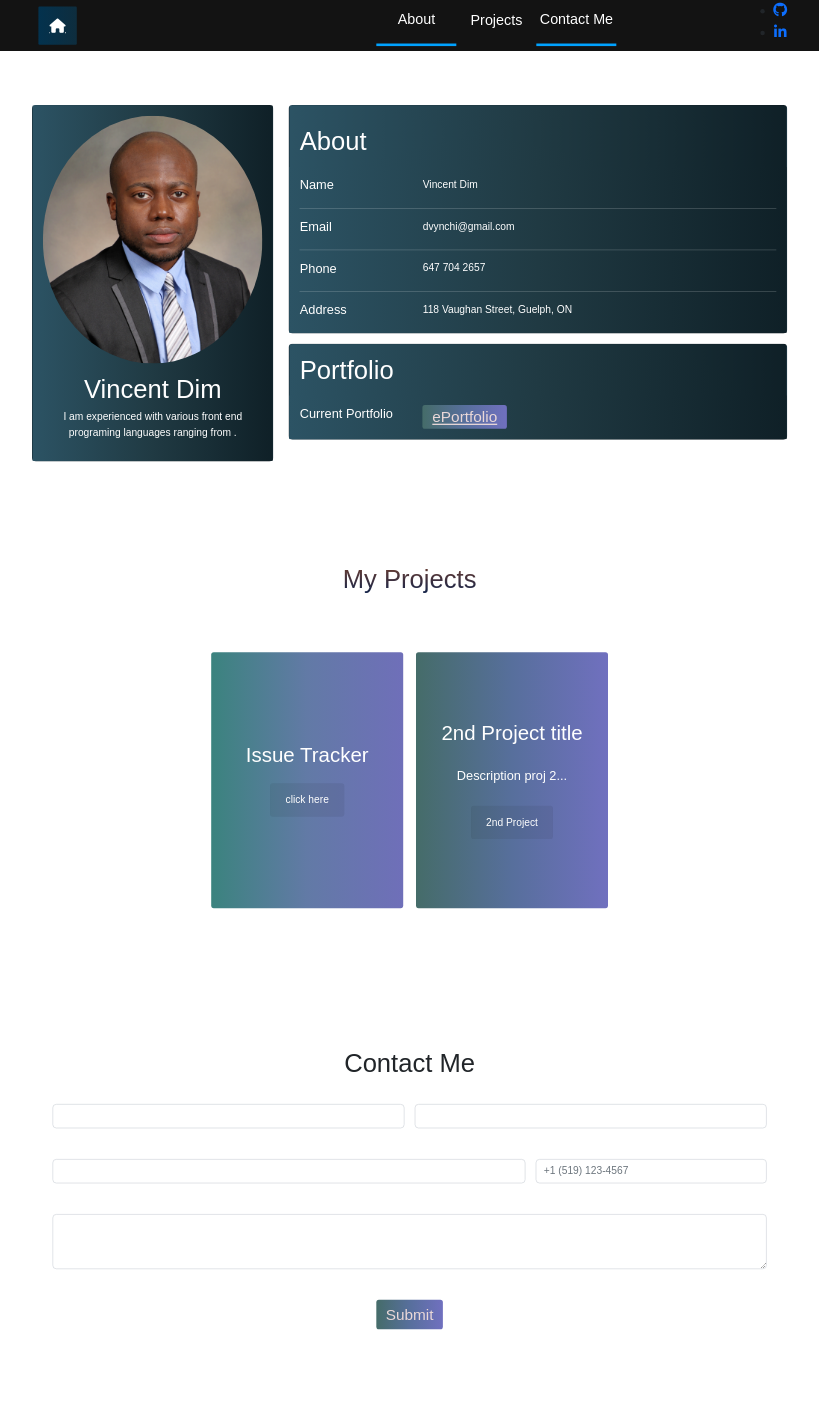
Repository: dvynchi/profile-2022
Page: index.html
An editor plug-in stored every save of this project. The page is shown before and after the next save, followed by the edit.
The browser window is 1280 px wide. The pictures show the whole page, at 64% of full size.
Some web libraries are served in a nearby version.

Above is the page before, as saved 2022-08-22 21:56:41.

### index.html
<!DOCTYPE html>
<html lang="en">
<head>
    <meta charset="UTF-8">
    <meta http-equiv="X-UA-Compatible" content="IE=edge">
    <meta name="viewport" content="width=device-width, initial-scale=1.0">
    <title>Vincent Dim</title>
    <!-- embed remote icon library -->
    <script src="https://kit.fontawesome.com/f634dfbd28.js" crossorigin="anonymous"></script>
    <link rel="stylesheet" href="styles.css">
    <!-- embed remote style sheet - bootstrap -->
    <link rel="stylesheet" href="https://cdn.jsdelivr.net/npm/bootstrap@5.2.0/dist/css/bootstrap.min.css" rel="stylesheet" integrity="sha384-gH2yIJqKdNHPEq0n4Mqa/HGKIhSkIHeL5AyhkYV8i59U5AR6csBvApHHNl/vI1Bx" crossorigin="anonymous">
</head>

<body>

    <!-- Navbar Section -->

    <nav class="nav">
        <div class="navbar_container">
            <a href="#about" id="navbar_logo"><i class="fa fa-home fa" aria-hidden="true"></i></a>  <!--<a> is used to create hyperlink named color-->

                <!--create hamburger menu (3 bars)-->
            <div class="navbar_toggle" id="mobile-menu">
                <span class="bar"></span>
                <span class="bar"></span>
                <span class="bar"></span>
            </div>

            <!--CREATE NAV MENU-->
            <ul class="navbar_menu">
                <li class="navbar_item">
                    <a href="#about" class="navbar_links" id="about-page">About</a>
                </li>
                <li class="navbar_item">
                    <a href="#projects" class="navbar_links" id="projects-page">Projects</a>
                </li>
                <li class="navbar_item">
                    <a href="#contact" class="navbar_links" id="contact-page">Contact Me</a>
                </li>
            </ul>

            <!-- GitHub and Linkedin -->
            <ul class="icons">
                <li><a href="https://github.com/dvynchi/" class="github-icon"><span class="fa-brands fa-github"></span></a></li>
                <li><a href="#" class="linkedin-icon"><span class="fa-brands fa-linkedin-in"></span></a></li>
            </ul>
        </div>
    </nav>

    <!-- ABOUT and SIDEBAR -->
    <div class="main" id="about">
        <div class="main_container">
             <!-- SIDE BAR SECTION -->
             <div class="row">
                <div class="col-md-4 mt-1">
                    <div class="card text-center sidebar">
                        <div class="card-body">
                            <img src="./images/profile-pic-crop.png" class="rounded-circle" width="315" alt="profile picture">
                            <div class="mt-3">
                                <h3>Vincent Dim</h3>
                                <!-- <h2>Web Developer</h2> -->
                                <p>I am experienced with various front end programing languages ranging from .</p>
                            </div>
                        </div>
                    </div>
                </div>
                <!-- ABOUT SECTION -->
                <div class="col-md-8 mt-1">
                    <div class="card mb-3 content">
                        <h1 class="m-3 pt-3">About</h1>
                        <div class="card-body">
                            <div class="row">
                                <div class="col-md-3"><h5>Name</h5></div>
                                <div class="col-md-9"> Vincent Dim </div>
                            </div>
                            <hr> <!-- line break -->

                            <div class="row">
                                <div class="col-md-3"><h5>Email</h5></div>
                                <div class="col-md-9"> dvynchi@gmail.com</div>
                            </div>
                            <hr> <!-- line break -->

                            <div class="row">
                                <div class="col-md-3"><h5>Phone</h5></div>
                                <div class="col-md-9">647 704 2657</div>
                            </div>
                            <hr> <!-- line break -->

                            <div class="row">
                                <div class="col-md-3"><h5>Address</h5></div>
                                <div class="col-md-9">118 Vaughan Street, Guelph, ON</div>
                            </div>
                        </div>
                    </div>

                    <div class="card mb-3 content">
                        <h1 class="m-3">Portfolio</h1>
                        <div class="card-body">
                            <div class="row">
                                <div class="col-md-3">
                                    <h5>Current Portfolio</h5>
                                </div>
                                <div class="col-md-9">
                                    <a class="submit" href="https://drive.google.com/file/d/1lG7DyS50_LphFxIRxCRd57uQMBSZkR4-/view?usp=sharing" role="button">ePortfolio</a>
                                </div>
                            </div>
                        </div>
                    </div>
                </div>
            </div>
        </div>
    </div>


    <!-- PROJECTS SECTION (use image tag in place of p to insert an image)-->

    <div class="projects" id="projects">
        <h1>My Projects</h1>
        <div class="projects_wrapper">

            <div class="projects_card">
                <h2>Issue Tracker</h2>
                <!-- <p>Description proj 1...</p> -->
                <div class="projects_btn"><button onclick="location.href='https://dvynchi.github.io/issue-tracker/'" type="button">click here</button></div>
            </div>
            <!-- ------------------------- -->
            <div class="projects_card">
                <h2>2nd Project title</h2>
                <p>Description proj 2...</p>
                <div class="projects_btn"><button>2nd Project</button></div>
            </div>
            <!-- ------------------------- -->
            <!-- <div class="projects_card">
                <h2>3rd Project title</h2>
                <p>Description proj 3...</p>
                <div class="projects_btn"><button>3rd Project</button></div>
            </div> -->
            <!-- ------------------------- -->
            <!-- <div class="projects_card">
                <h2>4th Project title</h2>
                <p>Description proj 4...</p>
                <div class="projects_btn"><button>4th Project</button></div>
            </div> -->
        </div>
    </div>

    <!-- CONTACT SECTION (use image tag in place of p to insert an image)-->

    <div class="main" id="contact">
        <div class="main_container">
            <div class="main_content">
                <div class="container mt-5">
                    <h1>Contact Me</h1>
                    <!-- ----------- start grid (divide one row into cols) ----------->
                    <!-- ----------- Max container width is 12 ----------->
                    <!-- ----------- cols 1 + 2 = 100% , cols 3 + 4 = 100% ------->
                    <!-- ----------- 'required' ensures field must be filled --------->
                    <form class="row g-3" action="https://formsubmit.co/dvynchi@gmail.com" method="POST">

                        <!-- Honeypot -->
                        <input type="text" name="_honey" style="display: none">
                        <!-- Success Page -->
                        <input type="hidden" name="_next" value="https://dvynchi.github.io/profile-2022/success.html">

                        <!-----------col1--medium column of 50% (ie: 6/12)--------->
                        <div class="col-md-6">
                            <label for="firstName" class="form-label">First Name</label>
                            <input type="text" class="form-control"  name="name" id="firstName" required>
                        </div>

                        <div class="col-md-6">
                            <label for="lastName" class="form-label">Last Name</label>
                            <input type="text" class="form-control" name="Last Name" id="lastName" required>
                        </div>

                        <div class="col-md-8">
                            <label for="emailInfo" class="form-label">Email</label>
                            <input type="email" class="form-control" name="email" id="emailInfo" required>
                        </div>

                        <div class="col-md-4">
                            <label for="phoneNumber" class="form-label">Phone</label>
                            <input type="text" class="form-control" name="phone" id="phoneNumber" placeholder="+1 (519) 123-4567">
                        </div>
                        <!-- -------- comments box - full width of the container ------>
                        <div class="col-md-12">
                            <label for="message" class="form-label">Message</label>
                            <textarea class="form-control" id="message" name="message" rows="3" required></textarea>
                        </div>
                        <!-- -------- Button ------>
                        <div class="col-md-12">
                            <!-- <button class="submit" id="btn btn-primary">Submit</button> -->
                            <!-- Used <a> so hover effect doesn't cover text. -->
                            <button class="submit" id="btn btn-primary"><a> Submit</a></button>
                        </div>

                    </form>
                </div>
            </div>
        </div>
    </div>


    <!-- link app.js -->
    <!-- script tag is used to embed javascript-->
    <script src="app.js"></script>
</body>
</html>

### styles.css
* {
    box-sizing: border-box;
    margin: 0;
    padding: 0;
    font-family: 'Kumbh Sans', sans-serif;
    scroll-behavior: smooth;
}


/******************************************* NAV SECTION ***********************************************/
.nav {
    background: #131313;   /* Hex code */
    height: 80px;
    display: flex;
    justify-content: center;
    align-items: center;
    font-size: 1.4rem;        /* 1.4 * 16px */
    position: sticky;
    top: 0;
    z-index: 999;             /* so navbar is always on top when scrolling */
}

.navbar_container {
    display: flex;
    justify-content: space-between;
    text-align: center;
    height: 80px;
    z-index: 1;
    width: 100%;
    max-width: 1300px;
    margin: 0 auto ;           /* (top and bottom) (left and right) */
    padding: 0 50px;
}


/* id(#) is used to style only one element on the webpage */
/* class(.) is used to style multiple elements */


/* I added an icon as opposed to text */

#navbar_logo {
    margin: 10px;
    height: 60px;
    width: 60px;
    border-radius: 2px;
    display: flex;
    flex-direction: column;
    justify-content: center;
    color: #fff;
    background-image: linear-gradient(to right, #03324e 0%, #0e2d3e 100%);
}

.navbar_menu {
    display: flex;
    align-items: center;
    list-style: none;
}

.navbar_item {
    height: 80px;
}

.navbar_links {
    color: #fff;
    display: flex;
    align-items: center;
    justify-content: center;
    width: 125px;
    text-decoration: none;
    height: 100%;
    transition: all 0.3s ease;
}

/*Home icon properties*/
.navbar_btn {
    display: flex;
    justify-content: center;
    align-items: center;
    padding: 0 1rem;                         /* top bottom, left right */
    width: 100%;
}

/* nav links glow upon hover */
.navbar_links:hover {
    color:#1176b9;
    transition: all 0.3s ease;
}

/* RESPONSIVENESS */
/* site adjusts width of display */
/* If [device width] is less than or equal to max-width do {..} */

@media screen and (max-width: 960px) {
    .navbar_container {
        display: flex;
        justify-content: space-between;
        height: 80px;
        z-index: 1;
        width: 100%;
        max-width: 1300px;
        padding: 0;
    }

    /* DROPDOWN PROPERTIES */
    .navbar_menu {
        display: grid;
        grid-template-columns: auto;
        margin: 0;
        width: 100%;
        position: absolute;
        top: -1000px;               /* Prevents navbar from clustering together if page is below max-width. Must be used with position absolute */
        opacity: 1;
        transition: all 0.5s ease;
        z-index: -1;
    }

    .navbar_menu.active {
        background: #131313;
        top: 100%;
        opacity: 1;
        transition: all 0.5s ease;
        z-index: 99;
        height: 40vh;
        font-size: 1.6rem;
    }

    #navbar_logo {
        padding-left: 1px;       /* home button - originally 25px */
    }

    /* HAMBURGER SECTION */

    .navbar_toggle .bar {
        width: 25px;
        height: 3px;
        margin: 5px auto;
        transition: all 0.3s ease-in-out;
        background: #fff;
    }

    .navbar_item {
        width: 100%;
    }

    .navbar_links {
        text-align: center;
        padding: 2rem;
        width: 100%;
        display: table;
    }

    .navbar_btn  {
        padding-bottom: 2rem;
    }

    /* HAMBURGER */

    #mobile-menu  {
        position: absolute;
        top: 20%;
        right: 5%;
        transform: translate(5%, 20%);
    }

    .navbar_toggle .bar {
        display: block;
        cursor: pointer;
    }

    /* hamburger menu animation (see app.js) */
    /* hamburger menu id was defined as 'mobile-menu' in index.html */
    /* rotate bars 1,3; but hide bar 2 */

    #mobile-menu.is-active .bar:nth-child(2)  {
        opacity: 0;
    }
    #mobile-menu.is-active .bar:nth-child(1) {
        transform: translateY(8px) rotate(45deg);
    }
    #mobile-menu.is-active .bar:nth-child(3) {
        transform: translateY(-8px) rotate(-45deg);
    }

}


/* SCROLL ATTRIBUTE - line under nav links*/
.highlight {
    border-bottom: 4px solid rgb(0, 162, 255);
}


/******************************************* SIDEBAR ***********************************************/

.card-body {
    background: #0F2027;
    background: -webkit-linear-gradient(to right, #2C5364, #203A43, #0F2027);
    background: linear-gradient(to right, #2C5364, #203A43, #0F2027);
    height: 100%;
}

.card-body h2, .card-body h3, .card-body p {
    color: #fff;
}

/******************************************* ABOUT SECTION ***********************************************/

.main {
    background-color:  white;
    padding: 5rem 0;                        /* was 10rem, but too much space */
}

.main_container {
    display: grid;
    grid-template-columns: 1fr;      /*original was 1fr 1fr - split into two halves but not enough space */
    align-items: center;
    justify-content: center;
    margin: 0 auto;
    height: 90%;
    z-index: 1;
    width: 100%;
    max-width: 1300px;
    padding: 0 50px;
}

.main_container h3 {
    font-size: 2.5rem;
}

.row {
    color: #fff;
}

.card {
    background: -webkit-linear-gradient(to right, #2C5364, #203A43, #0F2027);
    background: linear-gradient(to right, #2C5364, #203A43, #0F2027);
}


/* Mobile Responsiveness for Sidebar, About and Contact Sections */

@media screen and (max-width: 1300px) {
    main_container
    {
        display: grid;
        grid-template-columns: 1fr;
        align-items: center;
        justify-content: center;
        width: 100%;
        margin: 0 auto;
        height: 90%;
    }

    .main_content  {
        text-align: center;
        margin-bottom: 4rem;
    }

    .main_content h1  {
        font-size: 2.5rem;
        margin-top: 2rem;
    }

    .main_content h2  {
        font-size: 2.5rem;
    }

    .main_content p  {
        font-size: 1rem;
        margin-top: 1.5rem;
    }

    .row img {                                       /* center image with screen change */
        display: grid;
        grid-template-columns: 1fr;
        align-items: center;
        justify-content: center;
        width: 100%;
        margin: 0 auto;
        height: 90%;

    }
}


/******************************************* PROJECTS SECTION ***********************************************/

.projects {
    background: white;
    display: flex;
    flex-direction: column;
    justify-content: center;
    align-items: center;
    height: 100%;
    padding: 5rem 0;                                 /* was 10rem, but too much space */
  }

.projects h1 {
    background-color: #6325a1;
    background-image: linear-gradient(to top, #10234c 0%, #724030 100%);
    background-size: 100%;
    -webkit-background-clip: text;
    -moz-background-clip: text;
    -webkit-text-fill-color: transparent;
    -moz-text-fill-color: transparent;
    margin-bottom: 5rem;
    font-size: 2.5rem;
}

.projects_wrapper {
    display: grid;
    grid-template-columns: 1fr 1fr;     /* add more per new project */
    grid-template-rows: 1fr;
}

/* Add color to each project card */

.projects_card {
    margin: 10px;
    height: 400px;
    width: 300px;
    border-radius: 4px;
    display: flex;
    flex-direction: column;
    justify-content: center;
    color: #fff;
    background-image: linear-gradient(to right,#3b837e, #627aa6, #6f6fb9);
    transition: 0.3s ease-in;
}

.projects_card:nth-child(2) {
    background: #7F7FD5;  /* fallback for old browsers */
    background: -webkit-linear-gradient(to right, #3b837e, #627aa6, #6f6fb9);
    background: linear-gradient(to right, #456c69, #576f9c, #7070bf);
}

.projects_card:nth-child(3) {
    background: #7F7FD5;  /* fallback for old browsers */
    background: -webkit-linear-gradient(to right, #3b837e, #627aa6, #6f6fb9);
    background: linear-gradient(to right, #456c69, #576f9c, #7070bf);
}

.projects_card:nth-child(4) {
    background: #7F7FD5;
    background: -webkit-linear-gradient(to right, #3b837e, #627aa6, #6f6fb9);
    background: linear-gradient(to right, #456c69, #576f9c, #7070bf);
}

.projects_card:nth-child(5) {
    background: #7F7FD5;
    background: -webkit-linear-gradient(to right, #3b837e, #627aa6, #6f6fb9);
    background: linear-gradient(to right, #456c69, #576f9c, #7070bf);
}

.projects_card:nth-child(6) {
    background: #7F7FD5;
    background: -webkit-linear-gradient(to right, #3b837e, #627aa6, #6f6fb9);
    background: linear-gradient(to right, #456c69, #576f9c, #7070bf);
}

.projects_card h2 {
    text-align: center;
}

.projects_card h3 {
    text-align: center;
}

.projects_card p {
    text-align: center;
    margin-top: 24px;
    font-size: 20px;
}

.projects_btn {
    display: flex;
    justify-content: center;
    margin-top: 16px;
}

/* button properties and animation. The entire card is the button */

.projects_card button {
    color: #fff;
    padding: 14px 24px;
    border: none;
    outline: none;
    border-radius: 4px;
    background: #13131313;
    font-size: 1rem;
}

.projects_card button:hover {
    cursor: pointer;
}

.projects_card:hover {
    transform: scale(1.075);
    transition: 0.3s ease-in;
    cursor: pointer;
}

/* split cards into grid at specified browser width */

@media screen and (max-width: 1300px) {
    .projects_wrapper {
        grid-template-columns: 1fr 1fr;
    }
}

@media screen and (max-width: 768px) {
    .projects_wrapper {
        grid-template-columns: 1fr;
    }
}

/******************************************* CONTACT SECTION ***********************************************/


.main_content {
    text-align: center;
    margin-bottom: 4rem;
}

.main_content h1 {
    font-size: 2.5rem;
    margin-top: 2rem;
}

.main_content h2 {
    font-size: 2.5rem;
}

.main_content p {
    font-size: 1rem;
    margin-top: 1.5rem;
}


.submit {
    font-size: 1.5rem;
    background: #7F7FD5;
    background: -webkit-linear-gradient(to right, #3b837e, #627aa6, #6f6fb9);
    background: linear-gradient(to right, #456c69, #576f9c, #7070bf);
    padding: 5px 15px;
    border: none;
    outline: none;
    border-radius: 4px;
    margin-top: 2rem;
    cursor: pointer;
    position: relative;
    color: rgb(234, 216, 216);
    transition: all 0.3s ease;
    outline: none;
}

.submit a {
    position: relative;
    z-index: 2;
    color: #fff;
    text-decoration: none;
}

/* hover effect for button */
.submit::after {
    position: absolute;
    content: '';
    top: 0;
    left: 0;
    width: 0;
    height: 100%;
    background: #740274;
    transition: all 0.35s;
    border-radius: 4px;
}

.submit:hover {
    color: rgb(255, 255, 255);
}

.submit:hover:after {
    width: 100%;
}



.btn {
    font-size: 10rem;
    background: #7F7FD5;
    background: -webkit-linear-gradient(to right, #3b837e, #627aa6, #6f6fb9);
    background: linear-gradient(to right, #456c69, #576f9c, #7070bf);
    padding: 5px 15px;
    border: none;
    outline: none;
    border-radius: 4px;
    margin-top: 2rem;
    cursor: pointer;
    position: relative;
    color: rgb(234, 216, 216);
    transition: all 0.3s ease;
    outline: none;
}

### app.js
const ham = document.querySelector('#mobile-menu');
const hamLinks = document.querySelector('.navbar_menu');
// const navLogo = document.querySelector('#navbar_logo')

/* display mobile menu using arrow function */
/* toggle the "is-active" class made in css */

const mobileMenu = () =>
{
    ham.classList.toggle('is-active');
    hamLinks.classList.toggle('active');
};

/* Run hamMenu function upon click */
ham.addEventListener('click', mobileMenu);




/************************************* Unnecessary ****************************************************** */


/* Show active menu when scrolling - Auto switch navbar when scrolling */

const highlightMenu = () =>
{
    const elem = document.querySelector('.highlight')
    const homeMenu = document.querySelector('#about-page')
    const aboutMenu = document.querySelector('#projects-page')
    const contactMenu = document.querySelector('#contact-page')

    let scrollPos = window.scrollY

      //   Add highlights class to menu items [desktop view only i.e 960px]
      //   Every 600px while scrolling, the tabs auto switch to the corresponding page
    if (window.innerWidth > 960 && scrollPos < 600)
    {
        homeMenu.classList.add('highlight')
        aboutMenu.classList.remove('highlight')
        return;
    }
    else if (window.innerWidth > 960 && scrollPos < 1400)
    {
        aboutMenu.classList.add('highlight')
        homeMenu.classList.remove('highlight')
        contactMenu.classList.remove('highlight')
        return;
    }
    else if (window.innerWidth > 960 && scrollPos < 2345)
    {
        contactMenu.classList.add('highlight')
        aboutMenu.classList.remove('highlight')
        return;
    }

    if ((elem && window.innerWidth < 960 && scrollPos < 600) || elem)
    {
        elem.classList.remove('highlight')
    }

}

// call highlightMenu
window.addEventListener('scroll', highlightMenu);
window.addEventListener('click', highlightMenu);

After the next save:
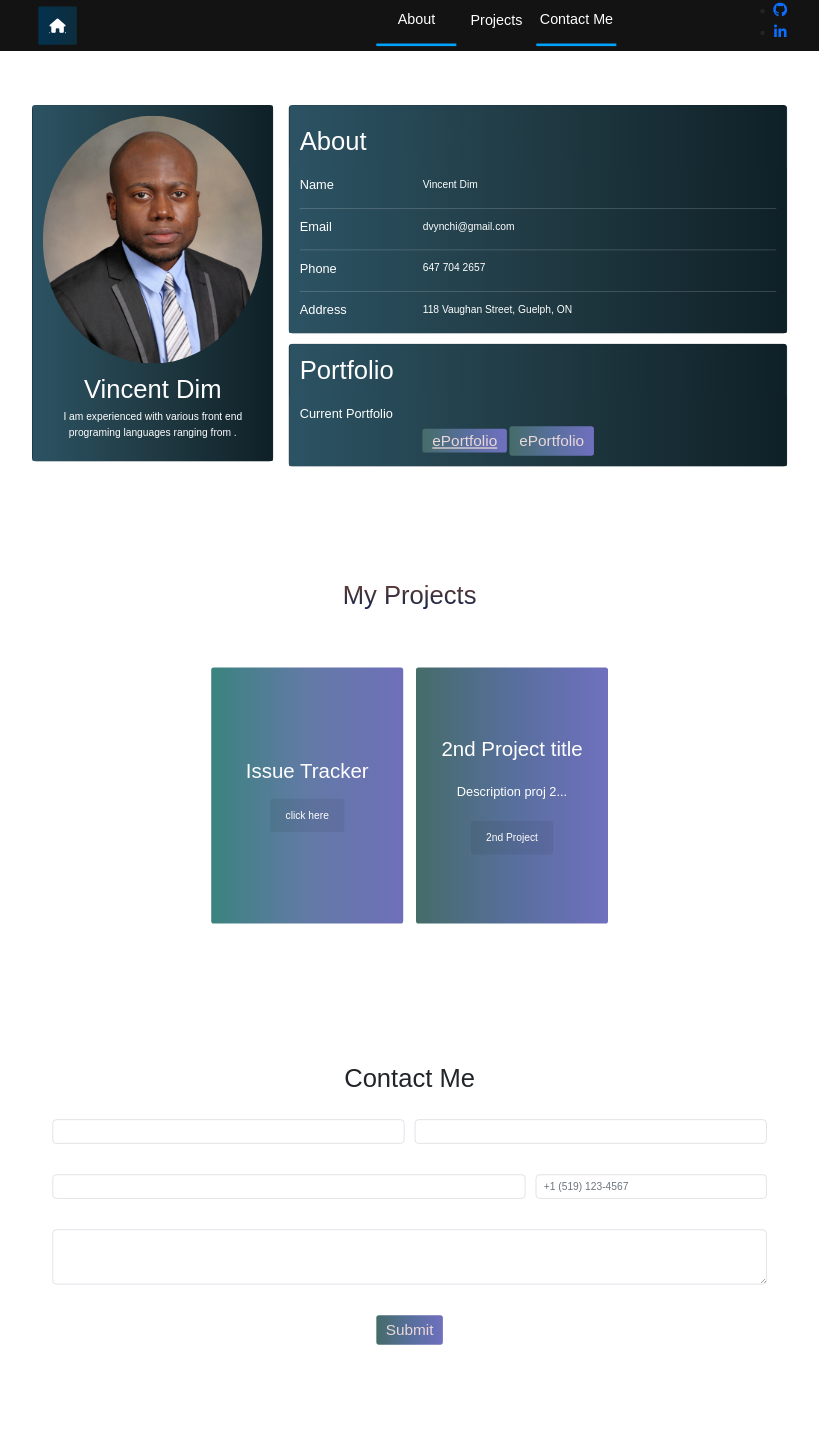
Saved 3 min 33 s later.
--- a/index.html
+++ b/index.html
@@ -104,6 +104,7 @@
                                 </div>
                                 <div class="col-md-9">
                                     <a class="submit" href="https://drive.google.com/file/d/1lG7DyS50_LphFxIRxCRd57uQMBSZkR4-/view?usp=sharing" role="button">ePortfolio</a>
+                                    <button class="submit" id="btn btn-primary" href="https://drive.google.com/file/d/1lG7DyS50_LphFxIRxCRd57uQMBSZkR4-/view?usp=sharing"><a>ePortfolio</a></button>
                                 </div>
                             </div>
                         </div>
